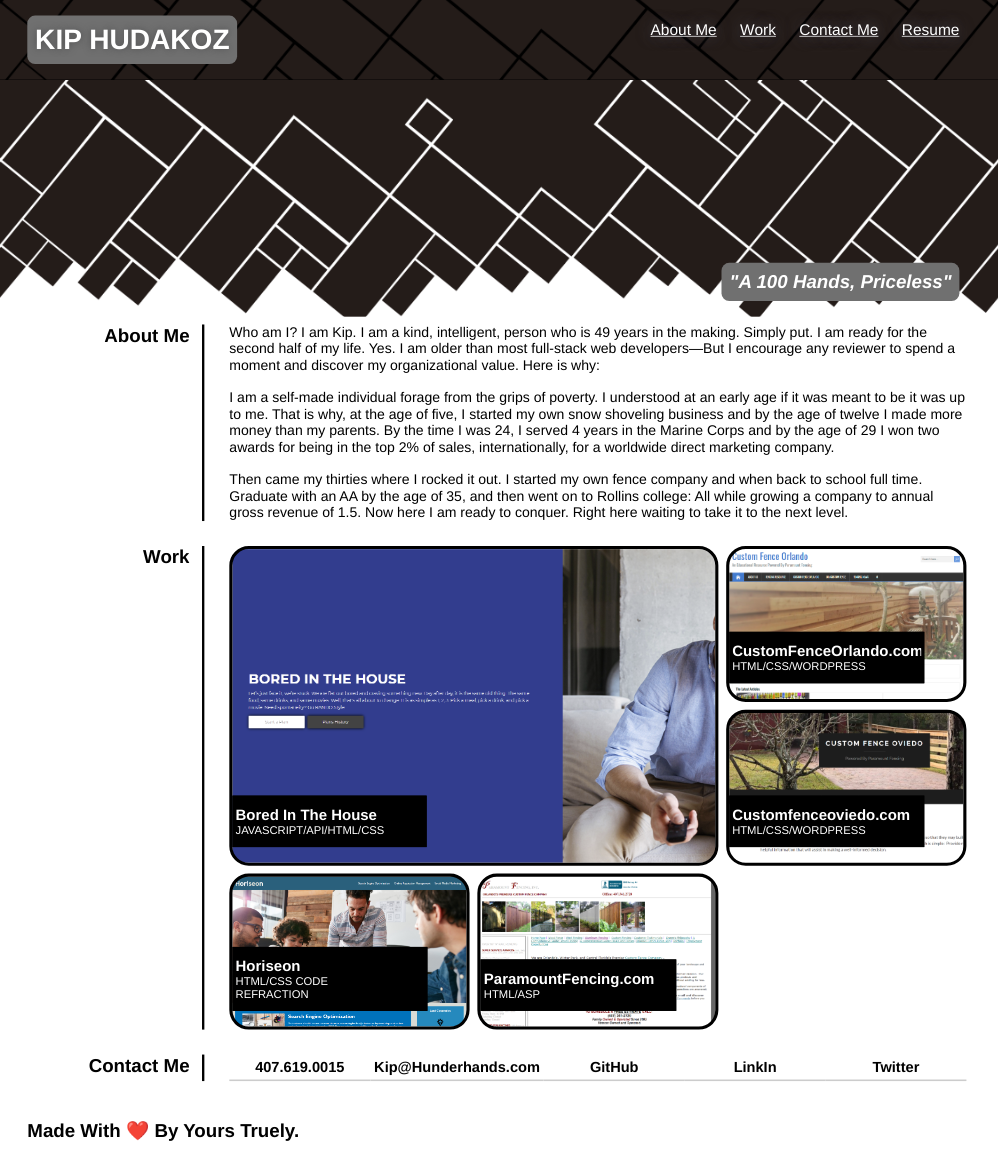
Repository: KHudaKoz/myportfolio
Page: index.html
An editor plug-in stored every save of this project. The page is shown before and after the next save, followed by the edit.
The browser window is 1280 px wide. The pictures show the whole page, at 78% of full size.
Backgrounds fixed to the window are drawn as part of the page.

Above is the page before, as saved 2021-02-13 20:23:54.

After the next save:
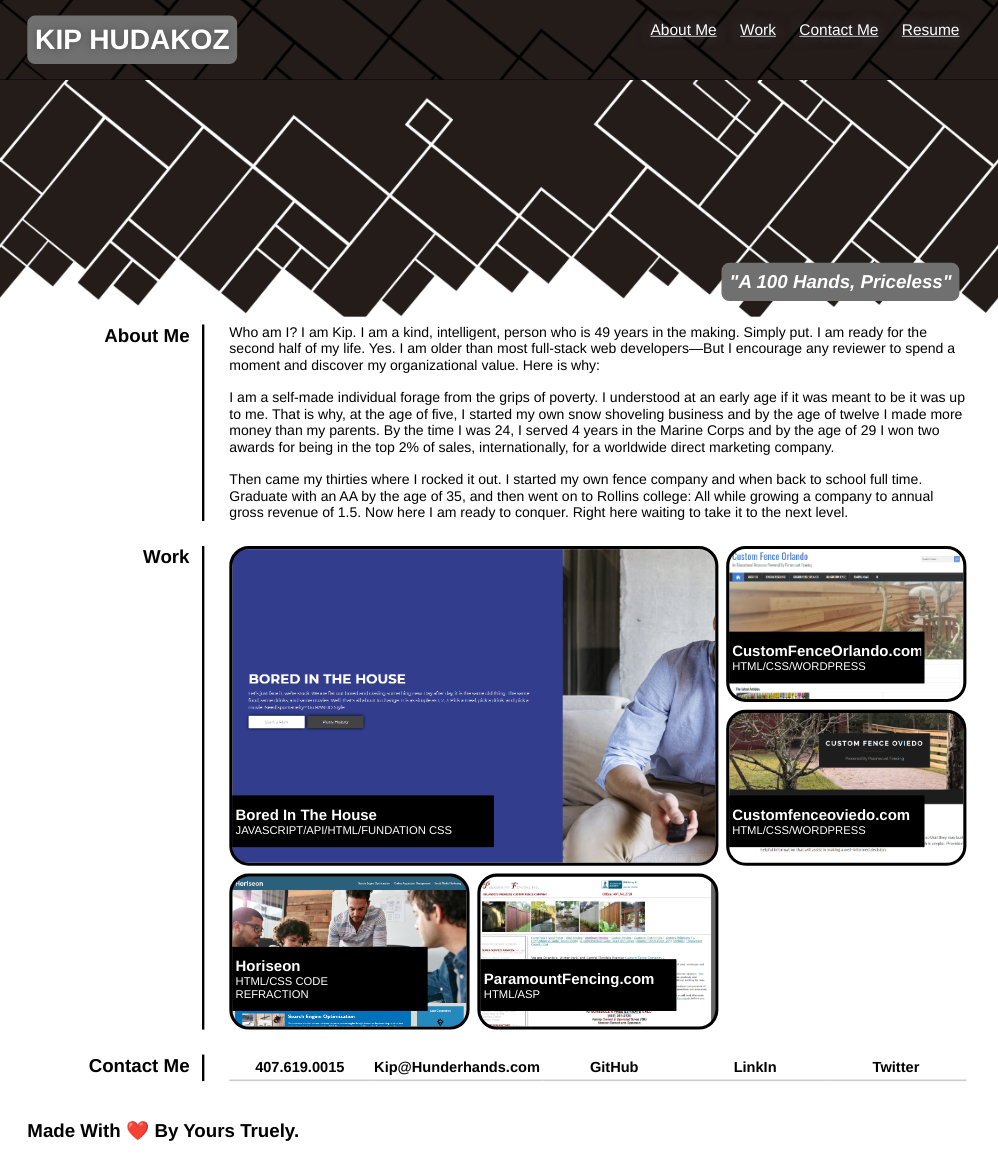
Saved 12 s later.
--- a/index.html
+++ b/index.html
@@ -77,7 +77,7 @@
                 class="nested-item-1  nested-item" title="A Photo of Run-Buddy My Code Refractions">
                 <div class="tt">
                     <h3>Bored In The House</h3>
-                    <p>JAVASCRIPT/API/HTML/CSS</p>
+                    <p>JAVASCRIPT/API/HTML/FUNDATION CSS</p>
                 </div>
             </a>
 
